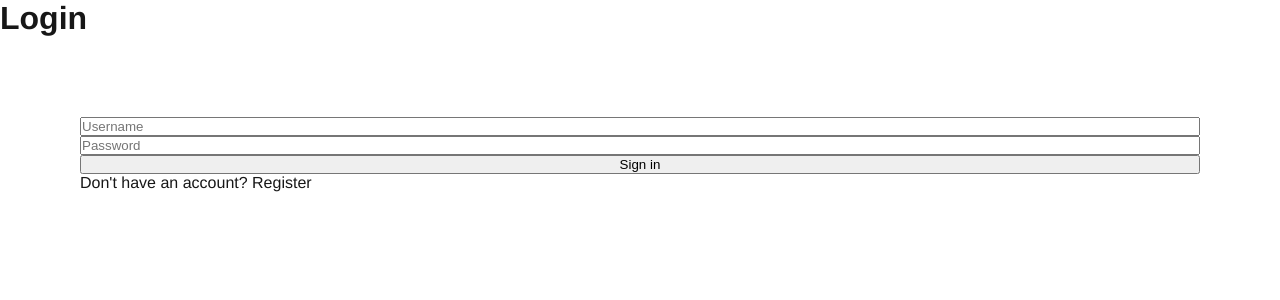
Repository: EricRobertCampbell/palaeo-fossil-classifier
Page: /login (app in palaeo-fossil-classifier/)
An editor plug-in stored every save of this project. The page is shown before and after the next save, followed by the edit.
The browser window is 1280 px wide. The pictures show the whole page.
The project was rebuilt for these pictures with package versions that can differ from the ones it lists, and the page was loaded fresh each time. The framework's server and built-in components were replaced by stand-ins that run in the browser. Also part of the build but not shown: palaeo-fossil-classifier/next.config.ts.

Above is the page before, as saved 2024-11-30 12:38:13.

### palaeo-fossil-classifier/app/login/page.tsx
import React from "react";
import styles from "./page.module.css";

export default function login() {
  return (
    <div>
      <h1 className={styles.title}>Login</h1>
      <div className={styles.login}>
        <div className={styles.form}>
          <input
            className={styles.input}
            type="text"
            placeholder="Username"
            name="un"
          />
          <input
            className={styles.input}
            type="password"
            placeholder="Password"
            name="pw"
          />
          <button className={styles.button}> Sign in </button>
          <a href="#">
            {" "}
            <p> Don't have an account? Register </p>
          </a>
        </div>
      </div>
    </div>
  );
}

### palaeo-fossil-classifier/app/globals.css
:root {
  --background: #ffffff;
  --foreground: #171717;
}

@media (prefers-color-scheme: dark) {
  :root {
    --background: #0a0a0a;
    --foreground: #ededed;
  }
}

html,
body {
  max-width: 100vw;
  overflow-x: hidden;
}

body {
  color: var(--foreground);
  background: var(--background);
  font-family: Helvetica;
  -webkit-font-smoothing: antialiased;
  -moz-osx-font-smoothing: grayscale;
}

* {
  box-sizing: border-box;
  padding: 0;
  margin: 0;
}

a {
  color: inherit;
  text-decoration: none;
}

@media (prefers-color-scheme: dark) {
  html {
    color-scheme: dark;
  }
}

### palaeo-fossil-classifier/app/login/page.module.css
.login{

}

.form{
    display: grid;
    align-items: center;
    padding: 5rem;
}

.button{

}

Loaded but not shown: palaeo-fossil-classifier/app/layout.tsx (common file)

After the next save:
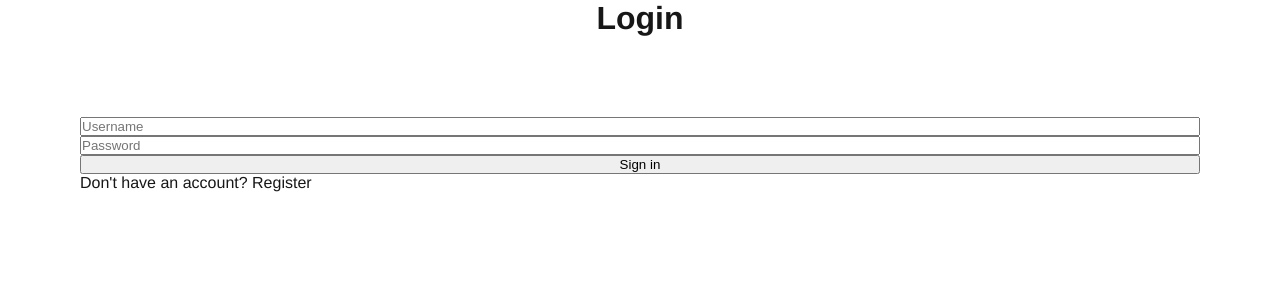
Saved 9 s later.
--- a/palaeo-fossil-classifier/app/login/page.module.css
+++ b/palaeo-fossil-classifier/app/login/page.module.css
@@ -1,5 +1,9 @@
 .login{
 
+}
+
+.title{
+    text-align: center;
 }
 
 .form{
